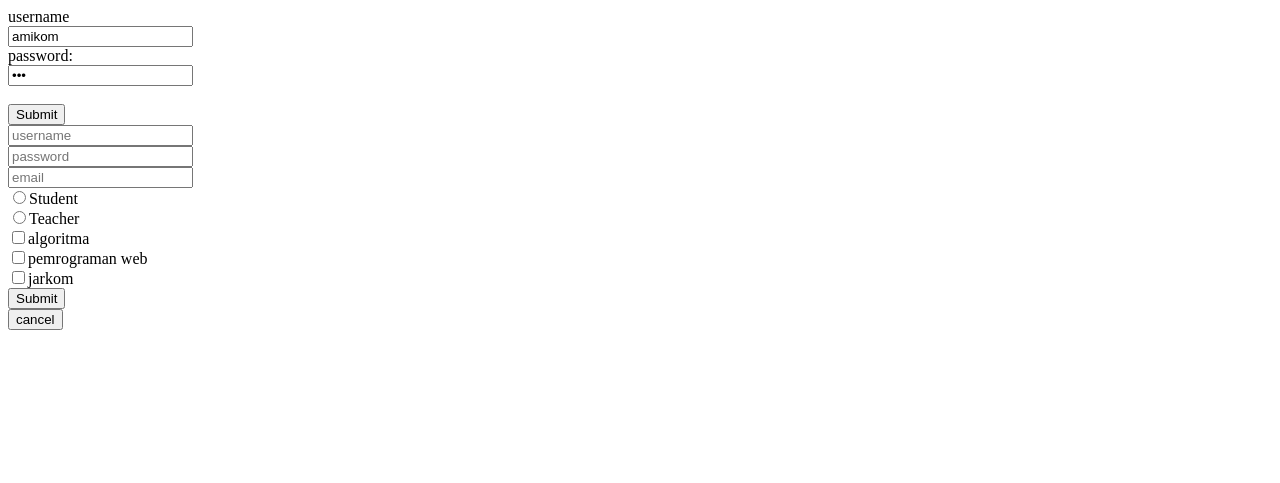
Repository: keyx-alt/pemrograman_web
Page: form.html
The author's editor kept a copy of each file at every save. The page is drawn from the files as they stood at one save, then again after the next save.
The browser window is 1280 px wide. The pictures show the whole page.

Above is the page before, as saved 2026-04-16 14:19:46.

After the next save:
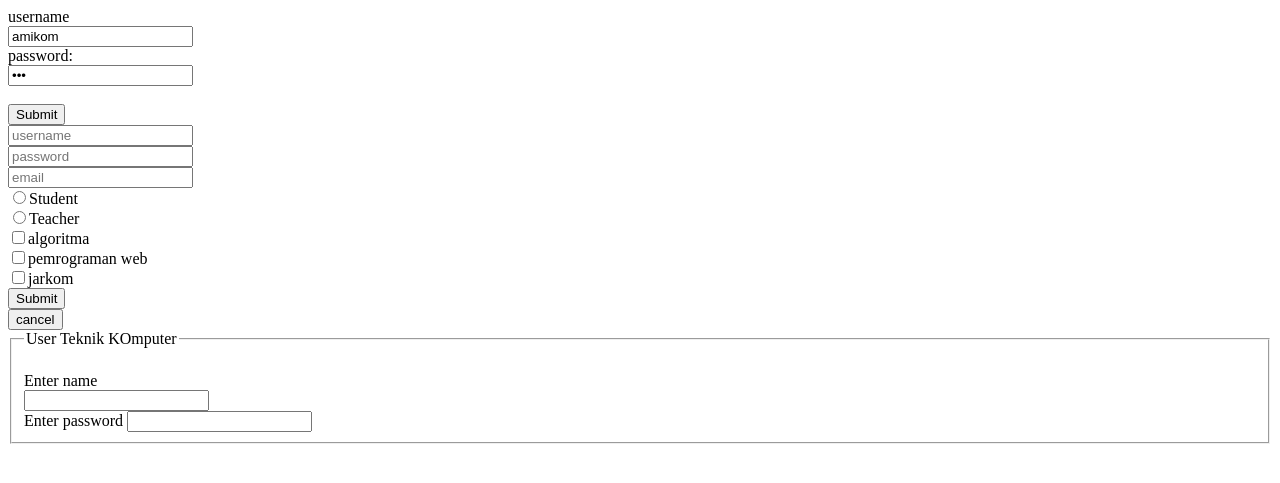
Saved 3 min 37 s later.
--- a/form.html
+++ b/form.html
@@ -26,5 +26,13 @@
         <input type="submit"> <br>
         <input type="button" value="cancel"> <br>
     </form>
+
+    <fieldset>
+        <legend>User Teknik KOmputer</legend><br>
+        <label for="name">Enter name</label><br>
+        <input type="text" id="name" name="name"><br>
+        <label for="pass">Enter password</label>
+        <input type="password" id="pass" name="pass">
+    </fieldset>
 </body>
 </html>
